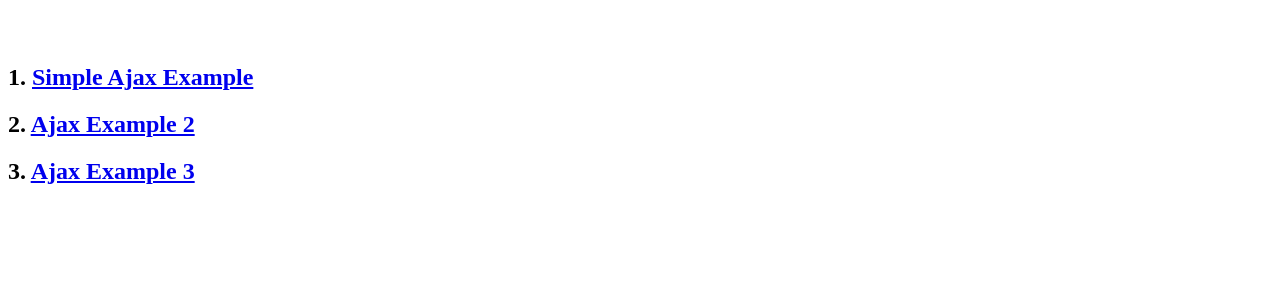
Repository: superThisMe/spring-basic
Page: http://localhost/07.spring-ajax/
These files come from the project's save history. The page is drawn as it stood at one moment and after the next save; the edit follows.
The browser window is 1280 px wide. The pictures show the whole page.
The page is served by Tomcat 9.

Above is the page before, as saved 2020-01-03 02:45:15.

After the next save:
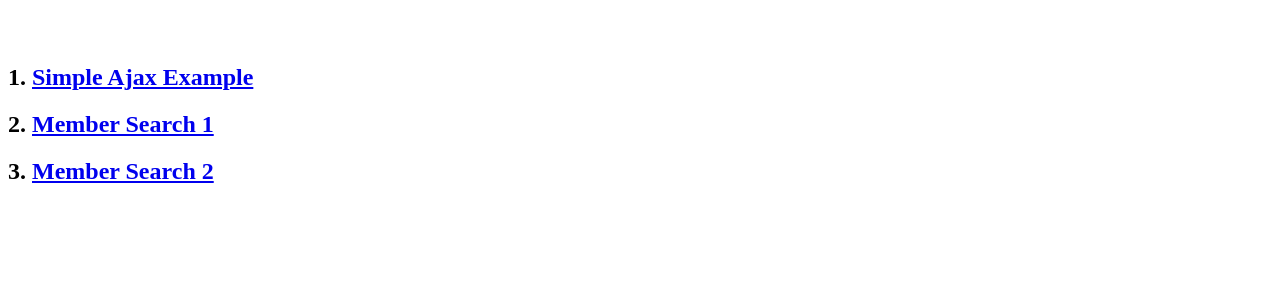
Saved 39 s later.
--- a/07.spring-ajax/src/main/webapp/WEB-INF/views/home.jsp
+++ b/07.spring-ajax/src/main/webapp/WEB-INF/views/home.jsp
@@ -7,7 +7,7 @@
 <body>
 	<br><br>
 	<h2>1. <a href="ajax-example">Simple Ajax Example</a></h2>
-	<h2>2. <a href="ajax-example2">Ajax Example 2</a></h2>
-	<h2>3. <a href="ajax-example3">Ajax Example 3</a></h2>
+	<h2>2. <a href="member-search1">Member Search 1</a></h2>
+	<h2>3. <a href="member-search2">Member Search 2</a></h2>
 </body>
 </html>
